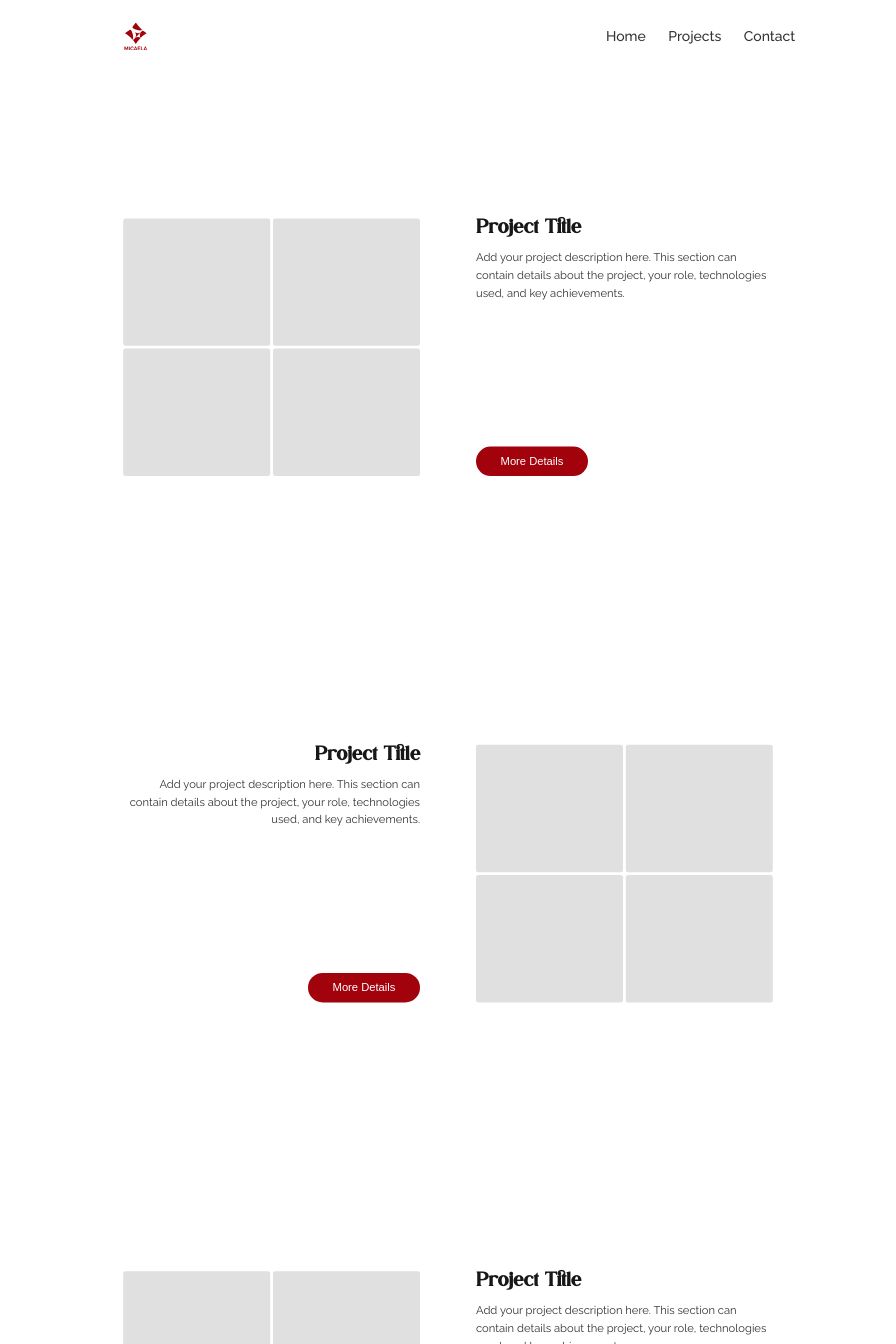
Repository: Micaelavalmores/Micaela-Portfolio
Page: /home-page
An editor plug-in stored every save of this project. The page is shown before and after a run of saves, followed by the edit.
The browser window is 1280 px wide. The pictures show the part of the page from y = 0 to 1920 px (the page is 3144 px tall before and 3604 px after), at 70% of full size.
The project was rebuilt for these pictures with package versions that can differ from the ones it lists, and the page was loaded fresh each time. The framework's server and built-in components were replaced by stand-ins that run in the browser. Also part of the build but not shown: next.config.mjs.

Above is the page before, as saved 2026-01-27 11:50:45.

After the next 2 saves:
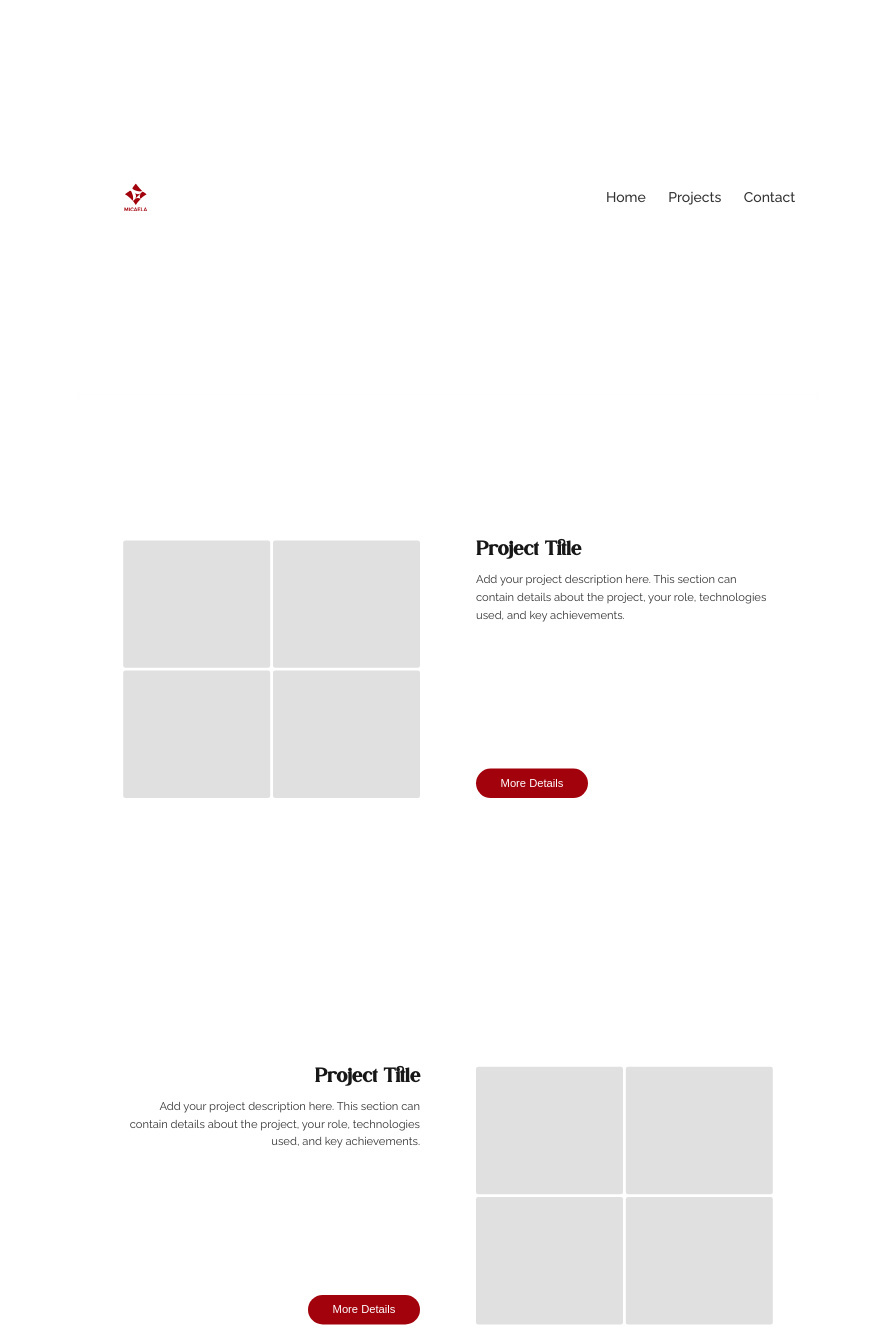
The 2 saves are shown as one change because they came seconds apart.
The last was saved 10 s later.
--- a/app/components/Navbar.module.css
+++ b/app/components/Navbar.module.css
@@ -15,7 +15,7 @@
   align-items: center;
   transition: opacity 0.3s ease;
   width: 100px;
-  height: auto;
+  height: 500px;
 }
 
 .logoContainer:hover {

After the save that followed:
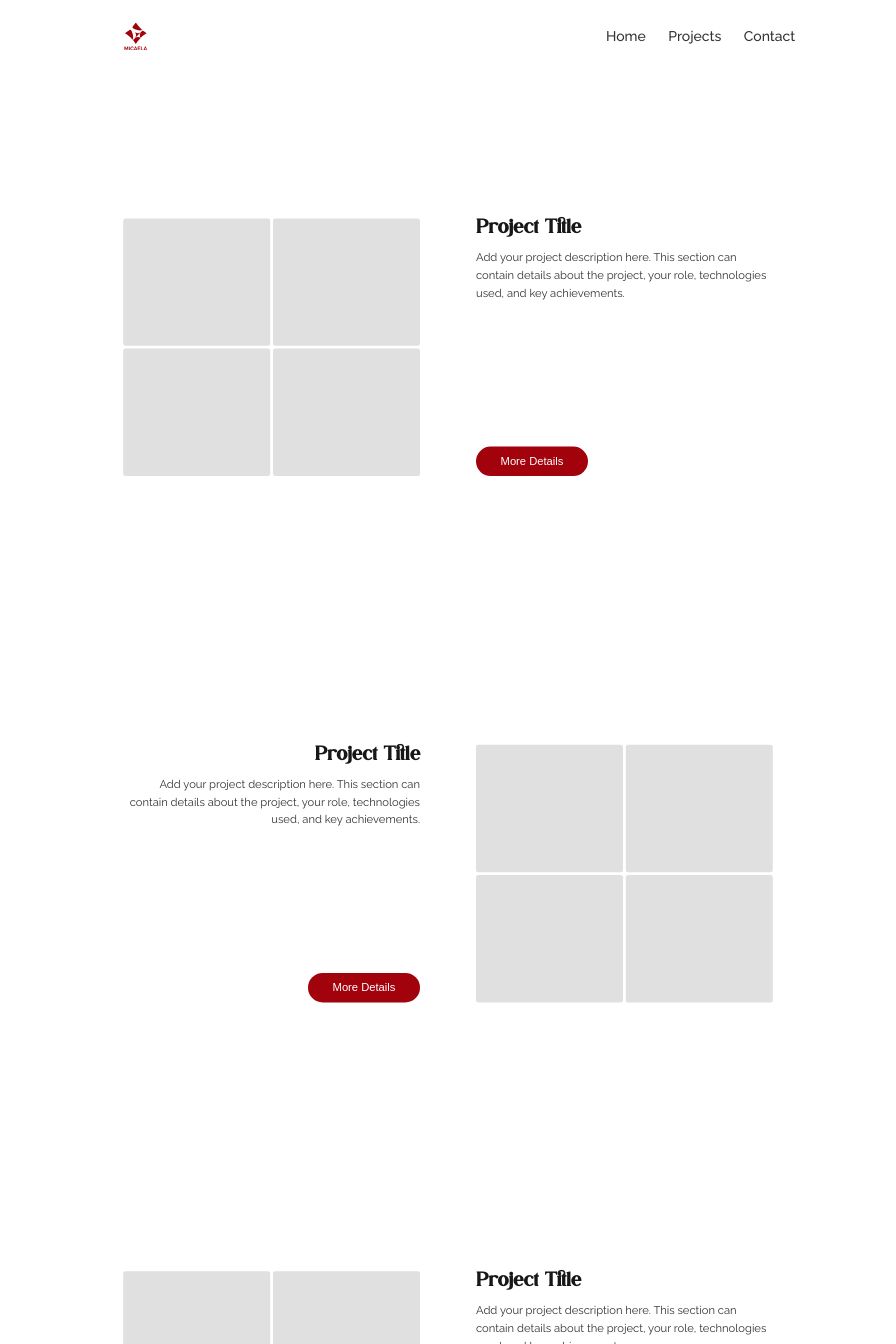
Saved 4 s later.
--- a/app/components/Navbar.module.css
+++ b/app/components/Navbar.module.css
@@ -15,7 +15,7 @@
   align-items: center;
   transition: opacity 0.3s ease;
   width: 100px;
-  height: 500px;
+  height: auto;
 }
 
 .logoContainer:hover {
